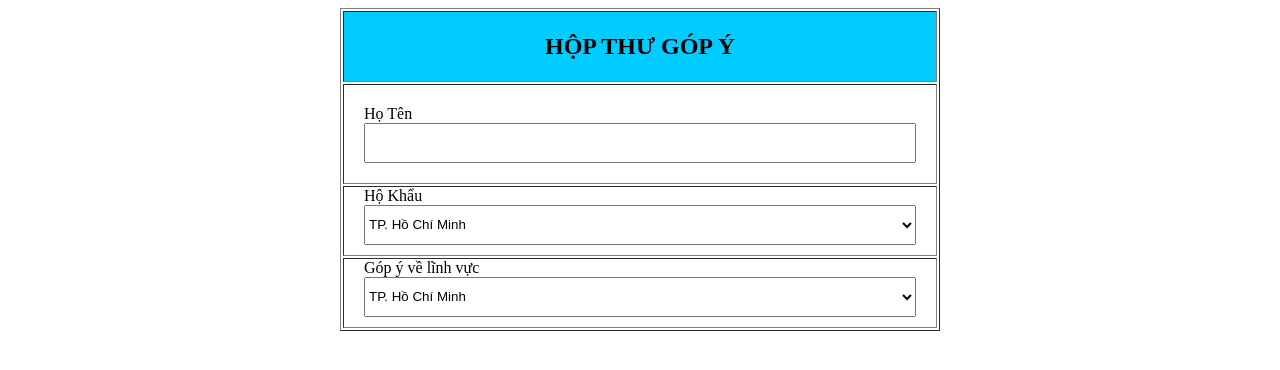
Repository: Tan-Khang21/TH_TKW--Buoi_04
Page: Bai_Tap_Ve_Nha/Bai_02/form8.html
These files come from the project's save history. The page is drawn as it stood at one moment and after the next save; the edit follows.
The browser window is 1280 px wide. The pictures show the whole page.

Above is the page before, as saved 2024-03-07 16:30:01.

### Bai_Tap_Ve_Nha/Bai_02/form8.html
<!DOCTYPE html>
<html lang="en">
<head>
    <meta charset="UTF-8">
    <meta name="viewport" content="width=device-width, initial-scale=1.0">
    <title>Document</title>
</head>
<body>
    <form style="width: 600px; margin: 0 auto;" >
<table border="1px" style="width: 600px;">
    <tr>
        <th bgcolor="#00ccff"><h2 style="text-transform: uppercase;">hộp thư góp ý</h2></th>
    </tr>
    <tr>
        <td style="padding: 20px">
          <span>Họ Tên</span>
          <br />
          <input
            type="text"
            style="width: 100%; height: 40px; box-sizing: border-box"
          />
        </td>
      </tr>
      <tr>
        <td style="padding: 0px 20px 10px 20px">
          <span>Hộ Khẩu</span>
          <br />
          <select style="width: 100%; height: 40px; box-sizing: border-box">
            <option value="">TP. Hồ Chí Minh</option>
            <option value="">Đồng Nai</option>
            <option value="">Bến Tre</option>
          </select>
        </td>
      </tr>
      <tr>
        <td style="padding: 0px 20px 10px 20px">
          <span>Góp ý về lĩnh vực</span>
          <br />
          <select style="width: 100%; height: 40px; box-sizing: border-box">
            <option value="">TP. Hồ Chí Minh</option>
            <option value="">Đồng Nai</option>
            <option value="">Bến Tre</option>
          </select>
        </td>
      </tr>
</table>
    </form>
</body>
</html>

After the next save:
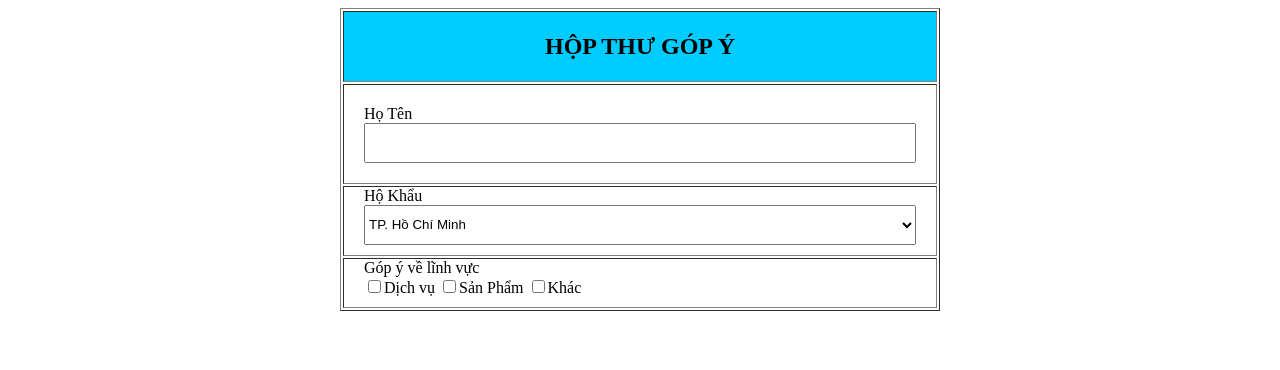
Saved 71 s later.
--- a/Bai_Tap_Ve_Nha/Bai_02/form8.html
+++ b/Bai_Tap_Ve_Nha/Bai_02/form8.html
@@ -36,11 +36,9 @@
         <td style="padding: 0px 20px 10px 20px">
           <span>Góp ý về lĩnh vực</span>
           <br />
-          <select style="width: 100%; height: 40px; box-sizing: border-box">
-            <option value="">TP. Hồ Chí Minh</option>
-            <option value="">Đồng Nai</option>
-            <option value="">Bến Tre</option>
-          </select>
+          <input type="checkbox">Dịch vụ
+          <input type="checkbox">Sản Phẩm
+          <input type="checkbox">Khác
         </td>
       </tr>
 </table>
